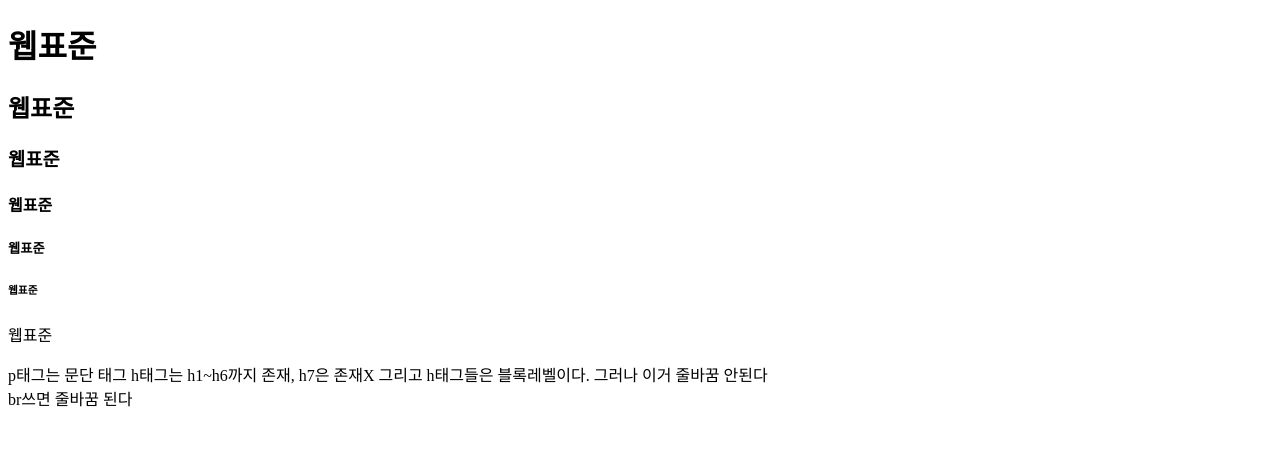
Repository: keeka2/webPractice
Page: MyStudy/HTML_Study/work/0821/WebContent/ex1.html
An editor plug-in stored every save of this project. The page is shown before and after the next save, followed by the edit.
The browser window is 1280 px wide. The pictures show the whole page.

Above is the page before, as saved 2020-08-21 02:10:29.

### MyStudy/HTML_Study/work/0821/WebContent/ex1.html
<!DOCTYPE html>
<html>
<head>
<meta charset="UTF-8">
<title>Insert title here</title>
</head>
<body>

	<h1>웹표준</h1>
	<h2>웹표준</h2>
	<h3>웹표준</h3>
	<h4>웹표준</h4>
	<h5>웹표준</h5>
	<h6>웹표준</h6>
	<h7>웹표준</h7><!-- h7태그는 없는 태그다 -->
	<p>
		p태그는 문단 태그
		h태그는 h1~h6까지 존재, h7은 존재X
		그리고 h태그들은 블록레벨이다.
		그러나 이거 줄바꿈 안된다
		<br>br쓰면 줄바꿈 된다</br>

	</p>
</body>
</html>

After the next save:
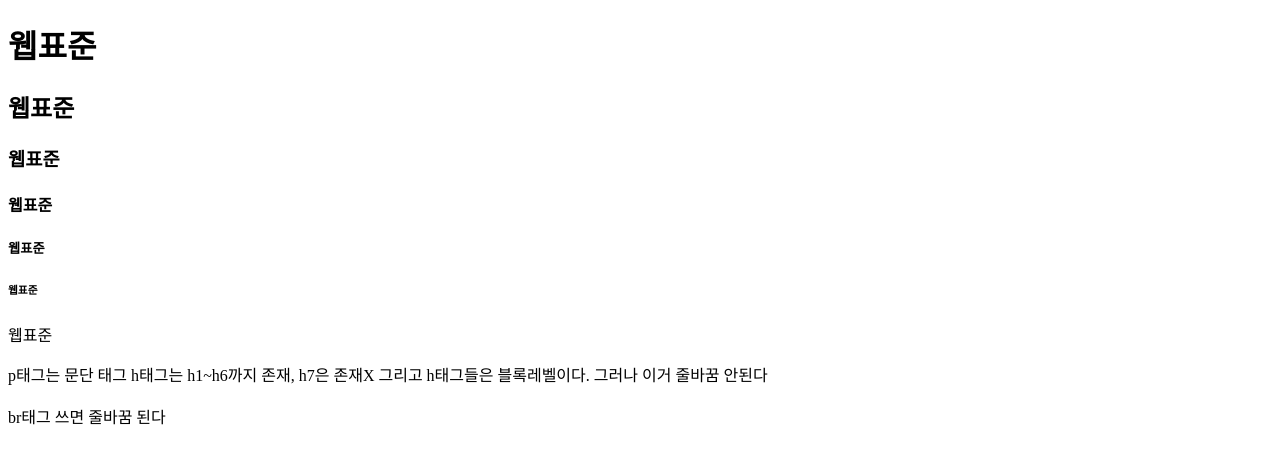
Saved 51 s later.
--- a/MyStudy/HTML_Study/work/0821/WebContent/ex1.html
+++ b/MyStudy/HTML_Study/work/0821/WebContent/ex1.html
@@ -17,9 +17,8 @@
 		p태그는 문단 태그
 		h태그는 h1~h6까지 존재, h7은 존재X
 		그리고 h태그들은 블록레벨이다.
-		그러나 이거 줄바꿈 안된다
-		<br>br쓰면 줄바꿈 된다</br>
-
+		그러나 이거 줄바꿈 안된다<br/>
+		<br>br태그 쓰면 줄바꿈 된다</br>
 	</p>
 </body>
 </html>
